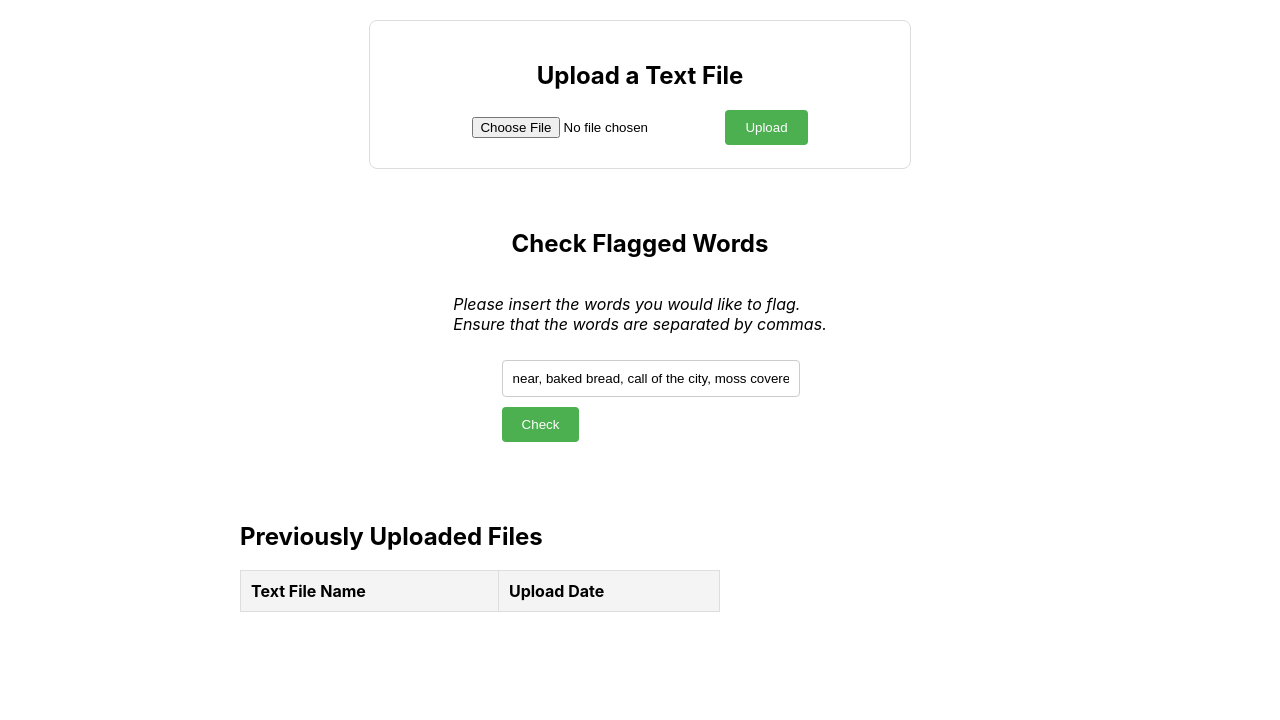
Repository: WafulaLukorito/flagged-Frontend
Page: /
An editor plug-in stored every save of this project. The page is shown before and after the next save, followed by the edit.
The browser window is 1280 px wide. The pictures show the whole page.
The page's requests for data from a server got no answer. The project was rebuilt for these pictures with package versions that can differ from the ones it lists, and the page was loaded fresh each time. No one was signed in, and anything a server would have sent is missing.

Above is the page before, as saved 2024-01-21 00:21:24.

After the next save:
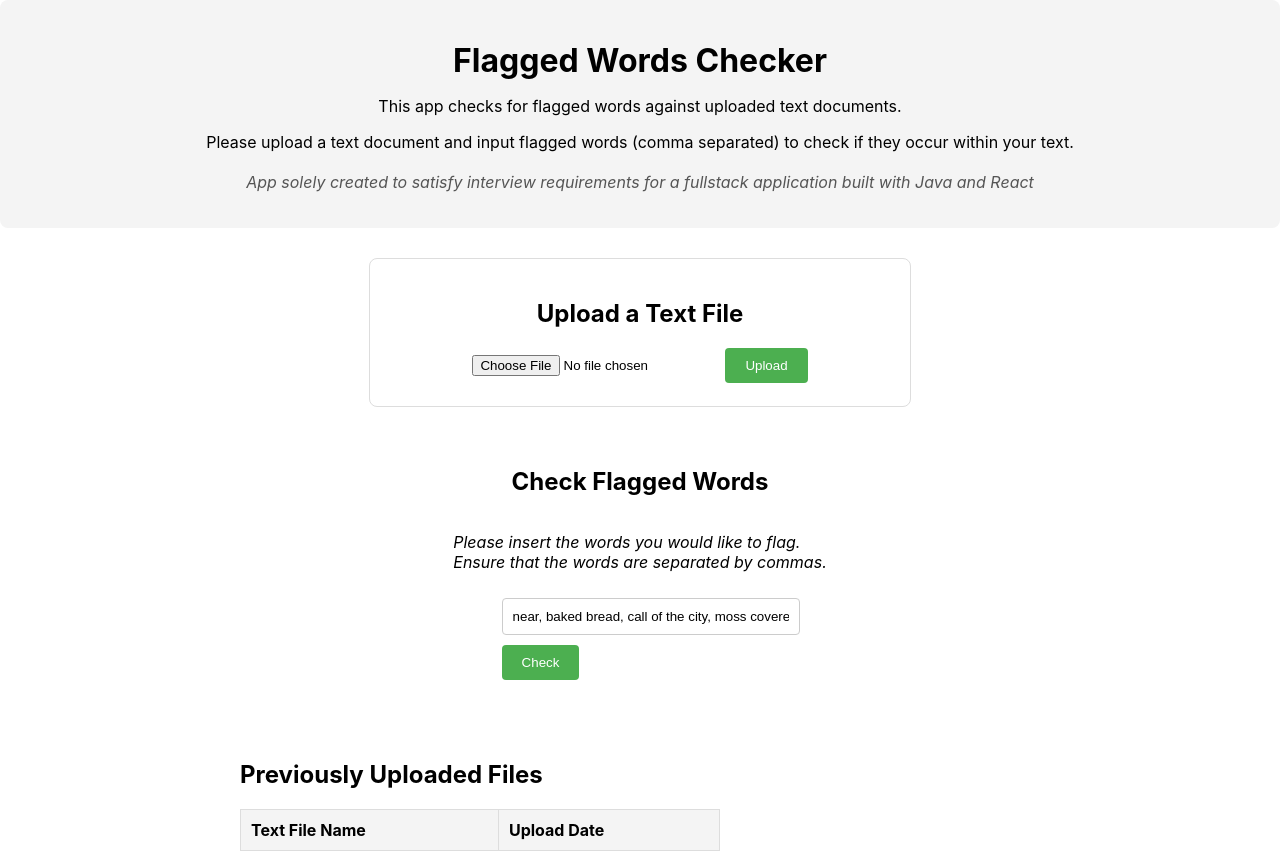
Saved 54 s later.
--- a/src/App.js
+++ b/src/App.js
@@ -3,6 +3,7 @@
 import FileUpload from './components/FileUpload/FileUpload'
 import FlaggedWordsChecker from './components/FlaggedWordsChecker/FlaggedWordsChecker';
 import TextFilesTable from './components/TextFilesTable/TextFilesTable';
+import AppIntroduction from './components/AppIntroduction/AppIntroduction';
 
 
 function App() {
@@ -10,6 +11,7 @@ function App() {
     <div className="App">
       <header className="App-header">
       </header>
+      <AppIntroduction/>
 <FileUpload/>
 <FlaggedWordsChecker/>
 <TextFilesTable/>
